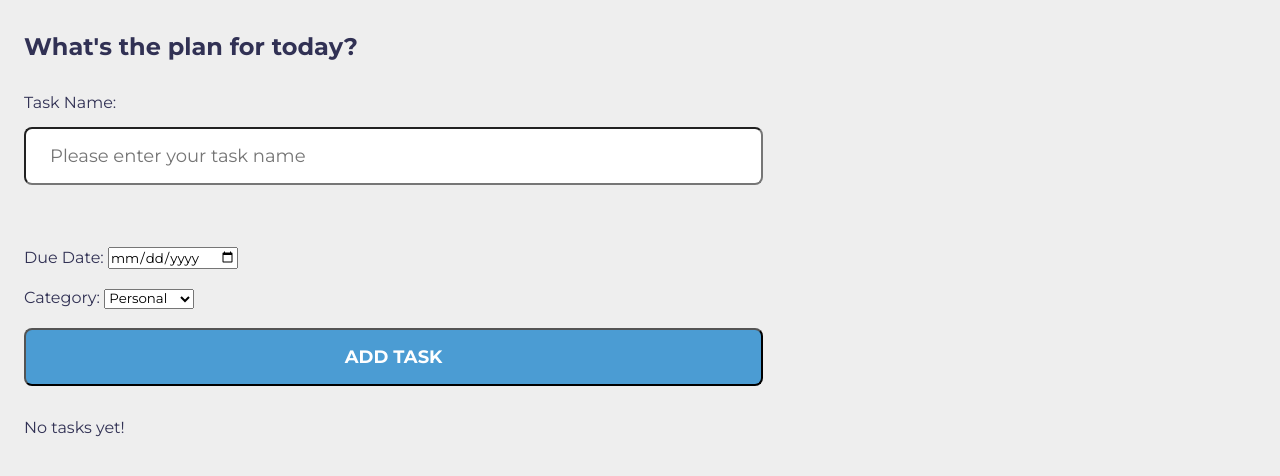
Repository: comp426-2023-spring/a99-SnowPile
Page: http://localhost/
These files come from the project's save history. The page is drawn as it stood at one moment and after the next save; the edit follows.
The browser window is 1280 px wide. The pictures show the whole page.
Some web fonts or font styles are not loaded; a fallback is used. The page is served by the project's Node server (app.js).

Above is the page before, as saved 2023-04-15 21:31:27.

### frontend/views/index.ejs
<!DOCTYPE html>
<html>
  <head>
    <title>Todo List</title>
    <!-- CSS import -->
    <link rel="stylesheet" type="text/css" href="/style.css"/>

    <!-- Set font -->
    <link rel="preconnect" href="https://fonts.googleapis.com">
    <link rel="preconnect" href="https://fonts.gstatic.com" crossorigin>
    <link href="https://fonts.googleapis.com/css2?family=Fira+Sans:ital,wght@0,400;0,700;0,900;1,400&family=Montserrat:ital,wght@0,400;0,700;0,900;1,400&display=swap" rel="stylesheet">
  </head>
  <body>
    <!-- Greeting -->
    <section class="greeting">
      <h2>What's the plan for today?</h2>
    </section>


    <!-- New Todo -->
    <section class="create-todo">
      <form action="/addTask" method="POST">

        <label for="taskName">Task Name:</label>
        <input type="text" placeholder="Please enter your task name" id="taskName" name="taskName" required><br><br>

        <label for="dueDate">Due Date:</label>
        <input type="date" id="dueDate" name="dueDate" required><br><br>

        <label for="category">Category:</label>
        <select id="category" name="category">
          <option value="Personal">Personal</option>
          <option value="Academic">Academic</option>
          <option value="Work">Work</option>
        </select><br><br>

        <input type="submit" value="Add Task">

      </form>
    </section>
    <!-- Display todo list -->
    <section class="todo-list">
      <% if (tasks.length === 0) { %>
        <p>No tasks yet!</p>
      <% } else { %>
        <table>
          <tr>
            <th>Task Name</th>
            <th>Due Date</th>
            <th>Category</th>
            <th>Edit</th>
          </tr>
          <% for (let i = 0; i < tasks.length; i++) { %>
            <tr>
              <td><%= tasks[i].name %></td>
              <td><%= tasks[i].due %></td>
              <td><%= tasks[i].category %></td>
              <td>
                <form action="/editTask/<%= i %>" method="POST">
                  <input type="text" name="taskName" value="<%= tasks[i].name %>" required>
                  <input type="date" name="dueDate" value="<%= tasks[i].due %>" required>
                  <input type="submit" value="Edit">
                </form>
              </td>
            </tr>
          <% } %>
        </table>
      <% } %>
    </section>
  </body>
</html>

### frontend/app.js
const express = require('express');
const bodyParser = require('body-parser');
const app = express();
const port = 3000;

// set up body-parser middleware
app.use(bodyParser.urlencoded({ extended: false }));

// set up view engine
app.set('view engine', 'ejs');

// set up static folder
app.use(express.static('public'));

// initialize tasks array
let tasks = [];

// render index page with tasks array
app.get('/', (req, res) => {
  res.render('index', { tasks: tasks });
});

// create new task and add to tasks array
app.post('/addTask', (req, res) => {
  const taskName = req.body.taskName;
  const dueDate = req.body.dueDate;
  const category = req.body.category;

  const newTask = {
    name: taskName,
    due: dueDate,
    category: category,
  };

  tasks.push(newTask);
  res.redirect('/');
});

// edit existing task
app.post('/editTask/:id', (req, res) => {
  const id = req.params.id;
  const taskName = req.body.taskName;
  const dueDate = req.body.dueDate;

  tasks[id].name = taskName;
  tasks[id].due = dueDate;

  res.redirect('/');
});

// start server
app.listen(port, () => {
  console.log(`App listening at http://localhost:${port}`);
});

### frontend/public/style.css
* {
	margin: 0;
	padding: 0;
	box-sizing: border-box;
	font-family: 'montserrat', sans-serif;
}

body {
	background: #EEE;
	color: #313154;

}
section {
	margin-top: 2rem;
	margin-bottom: 2rem;
	padding-left: 1.5rem;
	padding-right: 1.5rem;
}

h2{
    color: #313154;
}


.create-todo input[type="text"] {
	display: block;
	width: 60%;
	font-size: 1.125rem;
	padding: 1rem 1.5rem;
	color: #313154;
	background-color: #FFF;
	border-radius: 0.5rem;
	box-shadow: none;
	margin-bottom: 1.5rem;
	margin-top: 15px;
}

.create-todo input[type="submit"]{
	display: block;
	width: 60%;
	font-size: 1.125rem;
	padding: 1rem 1.5rem;
	color: #FFF;
	font-weight: 700;
	text-transform: uppercase;
	background-color: #4B9CD3;
	/* box-shadow: #13294B; */
	box-shadow: none;
	border-radius: 0.5rem;
	cursor: pointer;
	transition: 0.2s ease-out;
}
.create-todo input[type="submit"]:hover {
	opacity: 0.75;
}

After the next save:
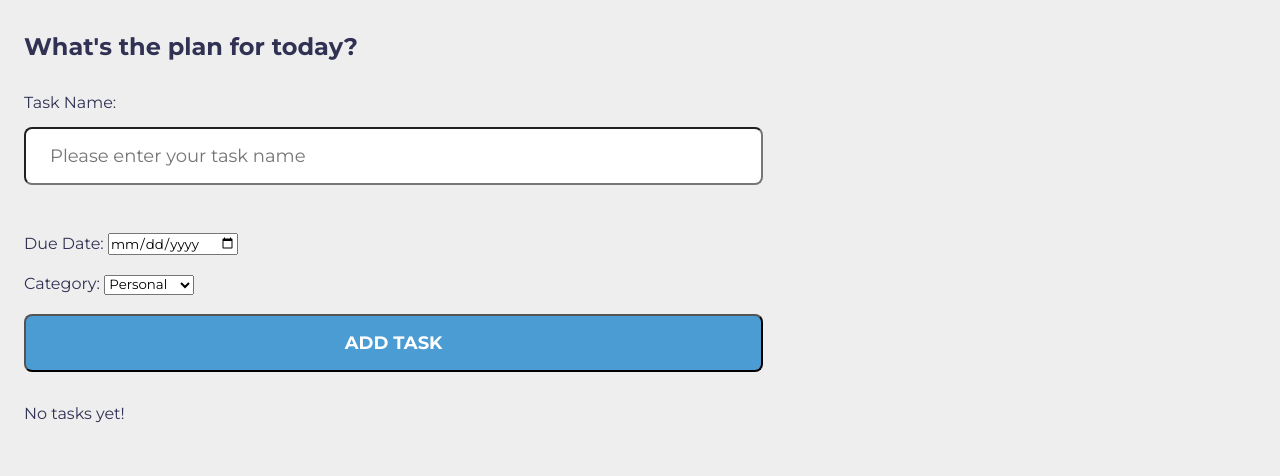
Saved 26 s later.
--- a/frontend/public/style.css
+++ b/frontend/public/style.css
@@ -31,7 +31,7 @@ h2{
 	background-color: #FFF;
 	border-radius: 0.5rem;
 	box-shadow: none;
-	margin-bottom: 1.5rem;
+	margin-bottom: 10px;
 	margin-top: 15px;
 }
 
